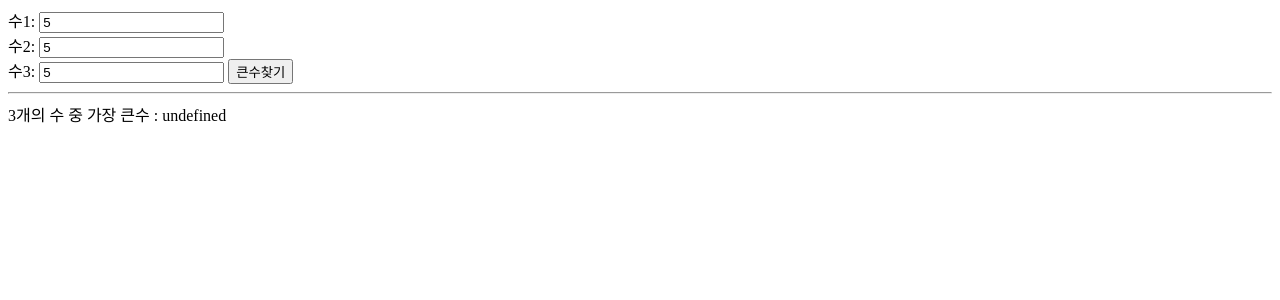
Repository: Jin0207/javaScript
Page: day0103/src/main/webapp/nestedIfTest.html
The author's editor kept a copy of each file at every save. The page is drawn from the files as they stood at one save, then again after the next save.
The browser window is 1280 px wide. The pictures show the whole page.
Empty fields were first filled with sample values (such as "Sample", 5 or name@example.com).
After loading, the first visible `button` was clicked once.

Above is the page before, as saved 2022-01-03 05:49:12.

After the next save:
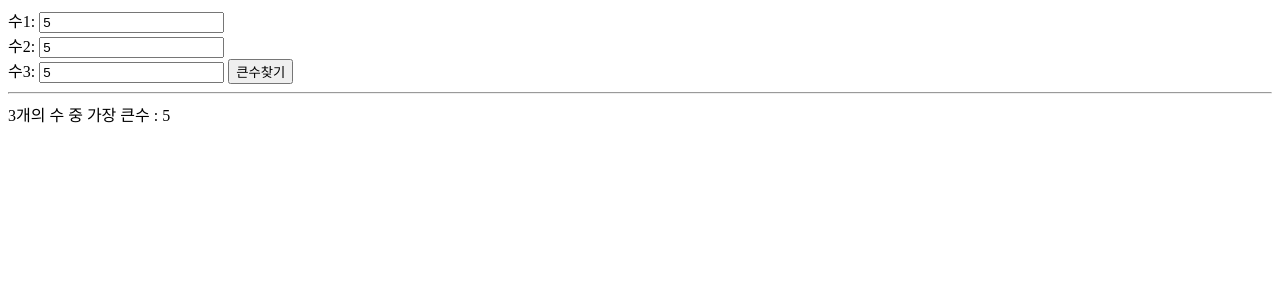
Saved 33 s later.
--- a/day0103/src/main/webapp/nestedIfTest.html
+++ b/day0103/src/main/webapp/nestedIfTest.html
@@ -17,6 +17,12 @@
 			}else{
 				max = num3;
 			}
+		}else{
+			if(num2 > num3){
+				max = num2;
+			}else{
+				max = num3;
+			}
 		}
 
 		document.getElementById("result").innerHTML = max;
